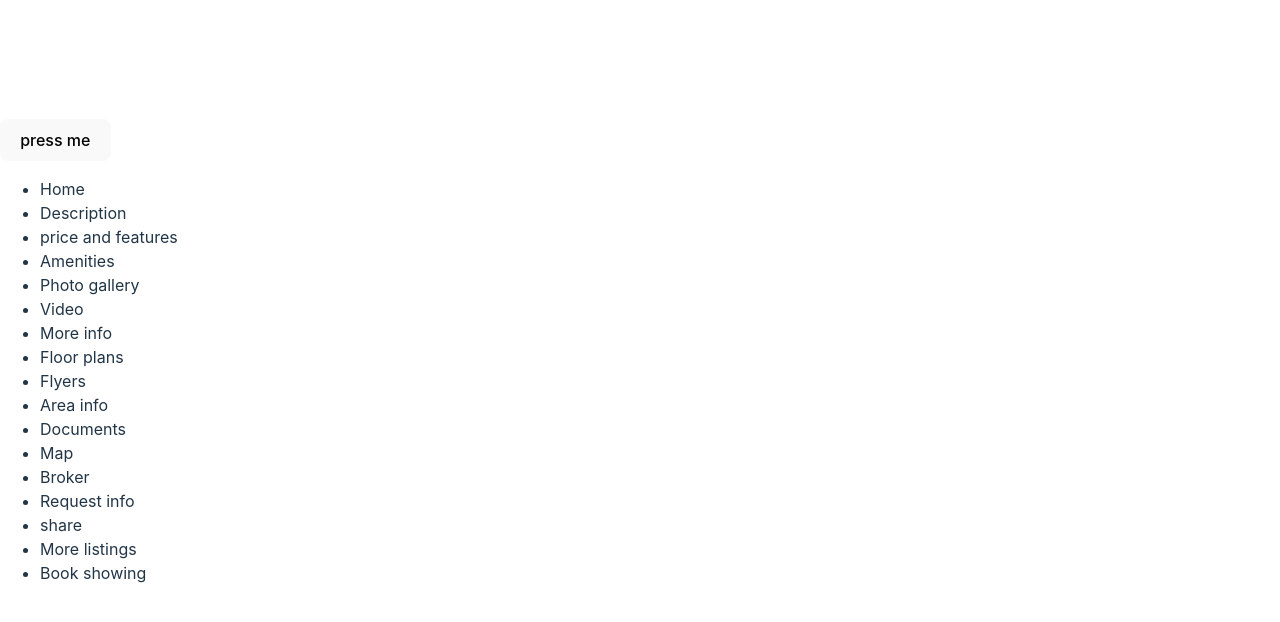
Repository: TMuse333/real-estate-landingpage
Page: /
The author's editor kept a copy of each file at every save. The page is drawn from the files as they stood at one save, then again after the next save.
The browser window is 1280 px wide. The pictures show the whole page.
The project was rebuilt for these pictures with package versions that can differ from the ones it lists, and the page was loaded fresh each time. Also part of the build but not shown: vite.config.js.

Above is the page before, as saved 2023-09-19 16:23:50.

### src/App.jsx
import { useState } from 'react'

import './App.css'

import Navbar from './components/navbar'

function App() {


  return (
    <>
    <Navbar/>
    </>
  )
}

export default App

### src/components/navbar.jsx
import React, { useState,useEffect } from 'react';




const Navbar = () => {
  const [subMenuVisible, setSubMenuVisible] = useState(false);

  const toggleSubMenu = () => {
    setSubMenuVisible(!subMenuVisible);
  };

  const scrollToSection = (sectionId) => {

    const element = document.getElementById(sectionId);
    if (element) {

      element.scrollIntoView({
        behavior: 'smooth', // Smooth scrolling
        block: 'start',    // Scroll to the top of the element
      });
    }
  }

  useEffect(() => {
    // Function to update sub-menu visibility when the screen width changes
    const handleResize = () => {
      const screenWidth = window.innerWidth;
      setSubMenuVisible(screenWidth >= 415); // Set subMenuVisible to true if screen width is at least 415 pixels
    };

    // Add a resize event listener to update the sub-menu visibility
    window.addEventListener('resize', handleResize);

    // Initial call to set sub-menu visibility based on current screen width
    handleResize();

    // Clean up the event listener when the component unmounts
    return () => {
      window.removeEventListener('resize', handleResize);
    };
  }, []);

  const style = {

    opacity: subMenuVisible ? 1 : 0
    ,

  };

  return (
    <div className='header-container'>

      <div className='list-container'>
        <button onClick={toggleSubMenu} className='nav-button'>
          press me
        </button>
        <ul style={style} className='nav-list'>

          <li onClick={()=>scrollToSection('about')}>Home</li>

          <li onClick={()=>scrollToSection('description')}>Description</li>

          <li onClick={()=>scrollToSection('price')}>price and features</li>

          <li onClick={()=>scrollToSection('amenities')}>Amenities</li>

          <li onClick={()=>scrollToSection('photo-gallery')}>Photo gallery</li>

          <li onClick={()=>scrollToSection('video')}>Video</li>

          <li onClick={()=>scrollToSection('more-info')}>More info</li>

          <li onClick={()=>scrollToSection('floor-plans')}>Floor plans</li>

          <li onClick={()=>scrollToSection('flyers')}>Flyers</li>

          <li onClick={()=>scrollToSection('area-info')}>Area info</li>

          <li onClick={()=>scrollToSection('document')}>Documents</li>

          <li onClick={()=>scrollToSection('map')}>Map</li>

          <li onClick={()=>scrollToSection('broker')}>Broker</li>

          <li onClick={()=>scrollToSection('request-info')}>Request info</li>

          <li onClick={()=>scrollToSection('share')}>share</li>

          <li onClick={()=>scrollToSection('more-listings')}>More listings</li>

          <li onClick={()=>scrollToSection('book-showing')}>Book showing</li>





        </ul>
      </div>
    </div>
  );
};

export default Navbar;

### src/App.css
/* .header-container{
  display: flex;
  justify-content: space-between;
  align-items: center;
  width: 100vw;
  position: fixed;
  top: 0px;
  background: linear-gradient(to right, #ffffff, #ffffff);
  height: 50px;
  z-index: 10000;
  color:black;

 } */
/*
 .nav-list{

  list-style: none;
padding: 0;
  padding-bottom: 10px;
  margin: 0;
  transform: translate(15px,60px);
  width: 55%;

} */

/* .list-container {
  position: relative;
  display: flex;
  flex-direction: column;
  align-items: center;
  text-align: center;
  color: black;
} */

/* .nav-button{
transform: translateY(25rem);
  background-color: black;

  color: black;
} */

/* @media screen and (min-width: 415px) and (min-height: 415px){
  .header-container{
    display: flex;
    justify-content: space-between;
    align-items: center;
    width: 100vw;
    position: fixed;
    top: 50px;
    background: linear-gradient(to right, #F4A460, #FF8C00);
height: max-content;
gap:10px;
   }

   .list-container {
    position: absolute;
    display: flex;
 flex-wrap: wrap;
    justify-content:space-around;
    left: 50%;
    transform: translateX(-50%);
    width: 80%;
    margin-bottom:100px;
  }

  .nav-list{
    display: flex;


    width: 100%;
  }

  .nav-button{
    display: none;
  }

  } */

Loaded but not shown: index.html (common file); src/main.jsx (common file); src/index.css (common file)

After the next save:
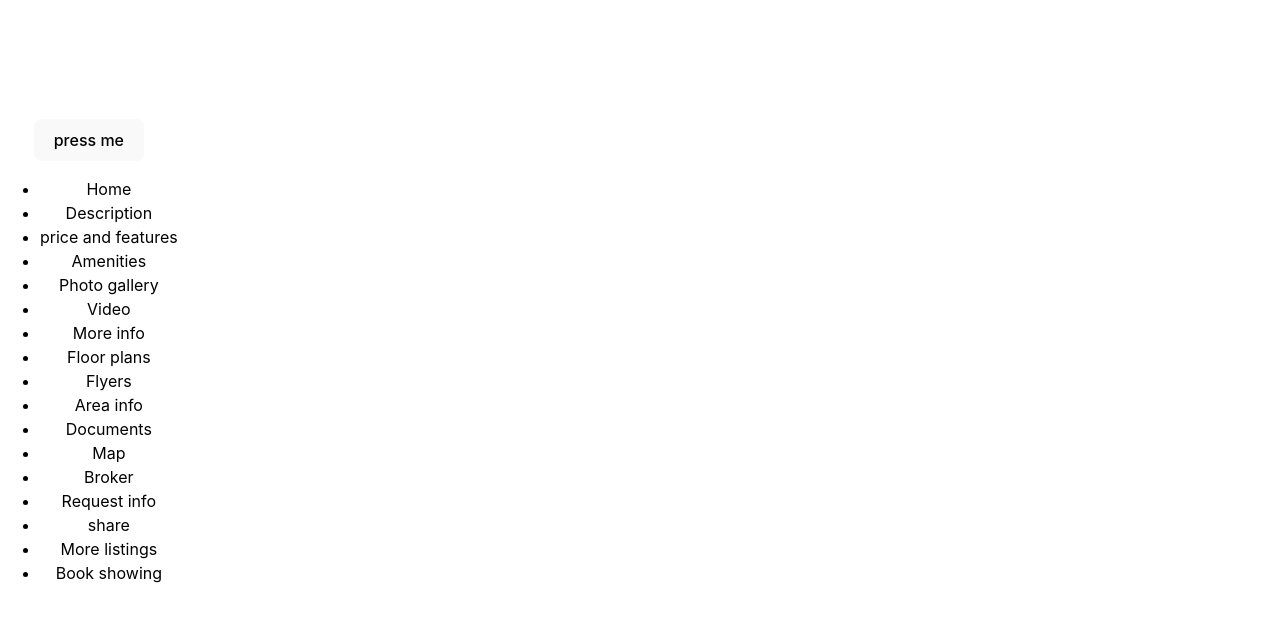
Saved 10 s later.
--- a/src/App.css
+++ b/src/App.css
@@ -23,14 +23,14 @@
 
 } */
 
-/* .list-container {
+.list-container {
   position: relative;
   display: flex;
   flex-direction: column;
   align-items: center;
   text-align: center;
   color: black;
-} */
+}
 
 /* .nav-button{
 transform: translateY(25rem);

After the 3 saves that followed:
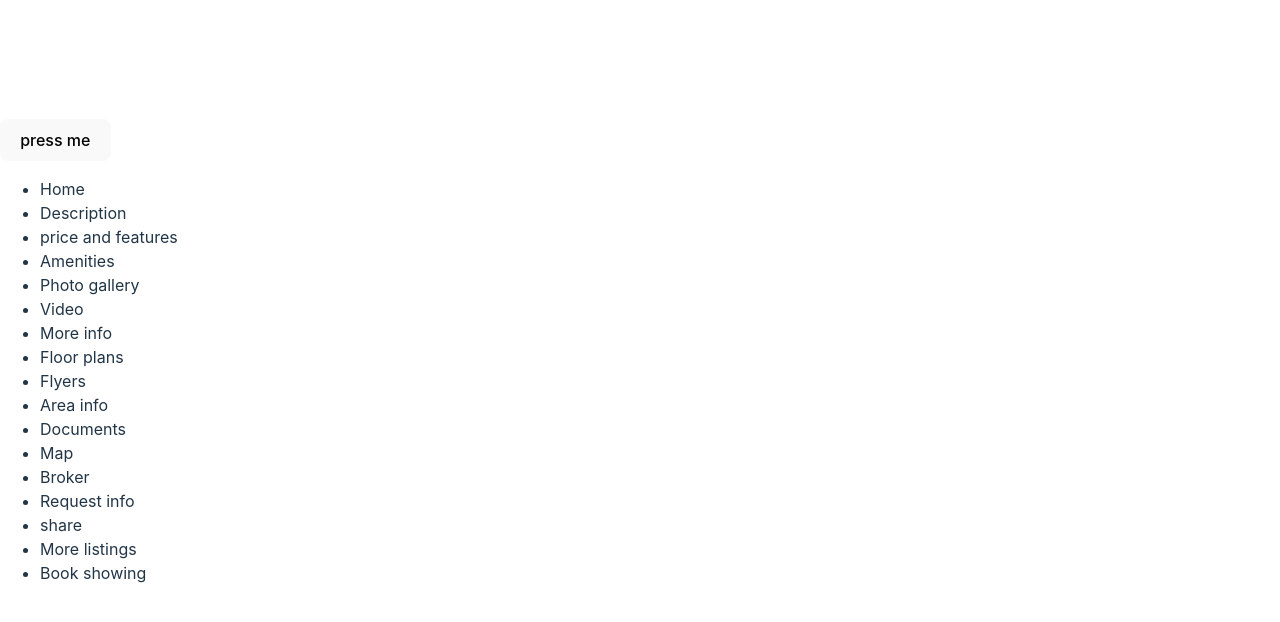
The 3 saves are shown as one change because they came seconds apart.
The last was saved 10 s later.
--- a/src/App.css
+++ b/src/App.css
@@ -12,7 +12,7 @@
 
  } */
 /*
- .nav-list{
+  .nav-list{
 
   list-style: none;
 padding: 0;
@@ -21,7 +21,7 @@
   transform: translate(15px,60px);
   width: 55%;
 
-} */
+}
 
 .list-container {
   position: relative;
